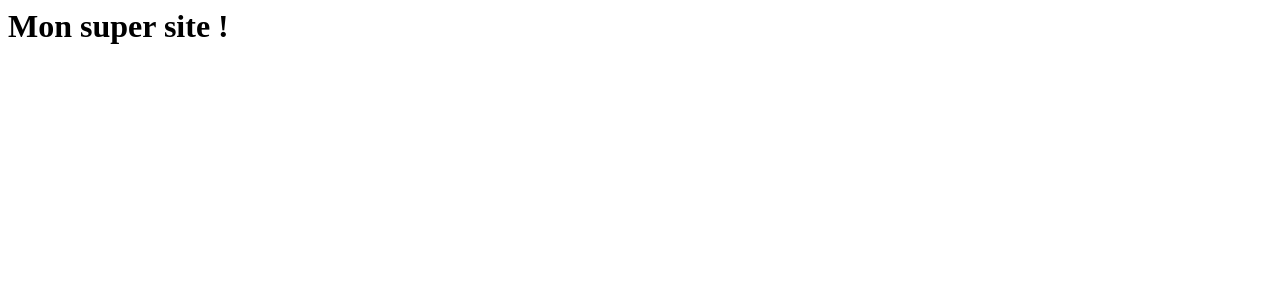
Repository: fbansept/ran4_24
Page: index.html
These files come from the project's save history. The page is drawn as it stood at one moment and after the next save; the edit follows.
The browser window is 1280 px wide. The pictures show the whole page.

Above is the page before, as saved 2024-10-22 10:51:54.

### index.html


<h1>Mon super site !</h1>

After the next save:
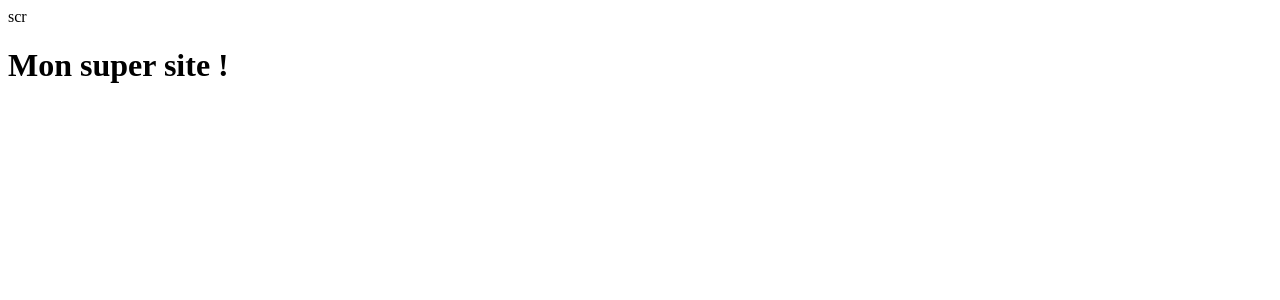
Saved 10 s later.
--- a/index.html
+++ b/index.html
@@ -1,3 +1,3 @@
-
+scr
 
 <h1>Mon super site !</h1>

After the save that followed:
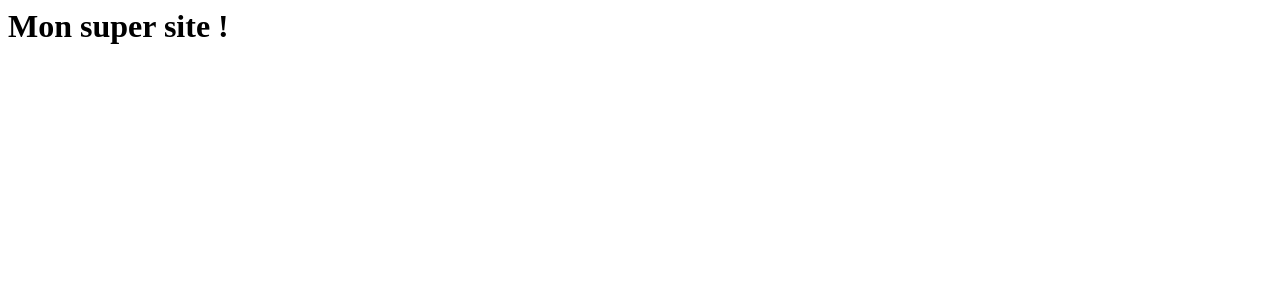
Saved 9 s later.
--- a/index.html
+++ b/index.html
@@ -1,3 +1,3 @@
-scr
+<script src=""></script>
 
 <h1>Mon super site !</h1>
